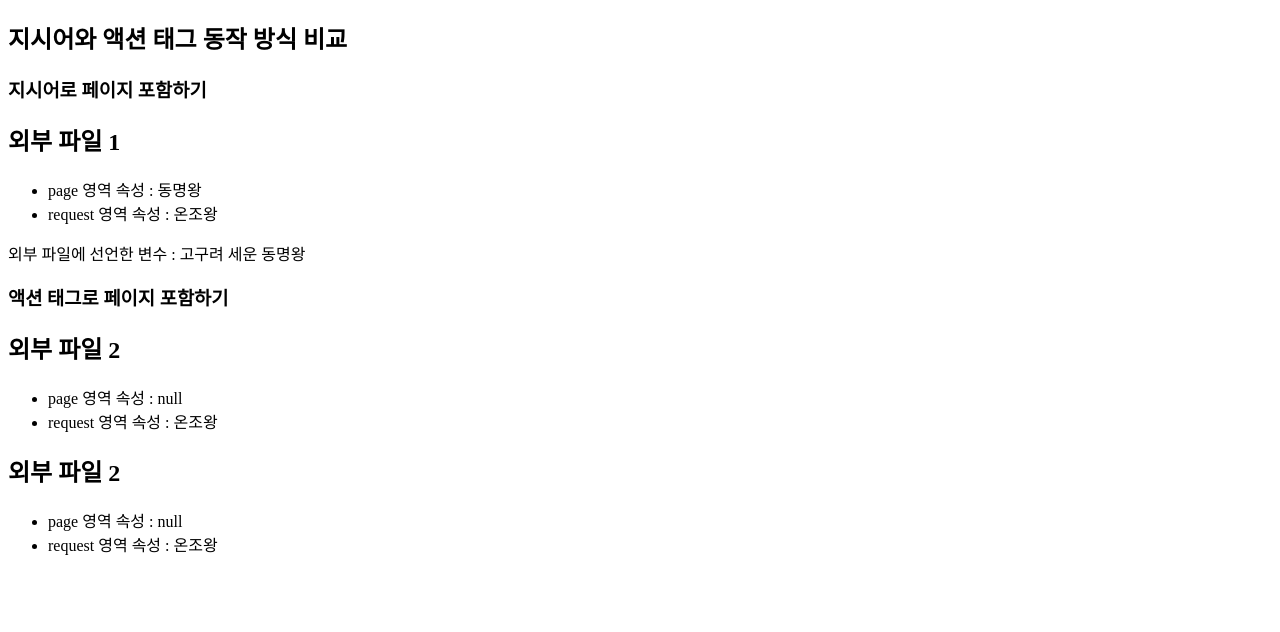
Repository: SteelIndustry/neo
Page: http://localhost/HelloWorld/07ActionTag/ForwardSub.jsp
These files come from the project's save history. The page is drawn as it stood at one moment and after the next save; the edit follows.
The browser window is 1280 px wide. The pictures show the whole page.
The page is served by Tomcat 9. Other server files are loaded and not shown.

Above is the page before, as saved 2022-09-07 01:20:12.

### WebJSP/HelloWorld/WebContent/07ActionTag/ForwardSub.jsp
<%@ page language="java" contentType="text/html; charset=UTF-8"
    pageEncoding="UTF-8"
    trimDirectiveWhitespaces="true"%>
<%
String outerPath1 = "./inc/OuterPage1.jsp";
String outerPath2 = "./inc/OuterPage2.jsp";

pageContext.setAttribute("pAttr", "동명왕");
request.setAttribute("rAttr", "온조왕");

%>
<!DOCTYPE html>
<html>
<head>
<meta charset="UTF-8">
<title>지시어와 액션 태그 동작 방식 비교</title>
</head>
<body>
	<h2>지시어와 액션 태그 동작 방식 비교</h2>
	<!-- 지시어 방식 -->
	<h3>지시어로 페이지 포함하기</h3>
	<%@ include file="./inc/OuterPage1.jsp" %>
	<p>외부 파일에 선언한 변수 : <%=newVar1%></p>

	<!-- 액션 태그 방식 -->
	<h3>액션 태그로 페이지 포함하기</h3>
	<jsp:include page="./inc/OuterPage2.jsp"/>
	<jsp:include page='<%=outerPath2%>'/>
</body>
</html>

### WebJSP/HelloWorld/WebContent/07ActionTag/inc/OuterPage1.jsp
<%@ page language="java" contentType="text/html; charset=UTF-8"
    pageEncoding="UTF-8"
    trimDirectiveWhitespaces="true"%>
<!DOCTYPE html>
<html>
<head>
<meta charset="UTF-8">
<title>OuterPage</title>
</head>
<body>
	<h2>외부 파일 1</h2>
	<%
	String newVar1 = "고구려 세운 동명왕";
	%>
	<ul>
		<li>page 영역 속성 : <%= pageContext.getAttribute("pAttr") %></li>
		<li>request 영역 속성 : <%= request.getAttribute("rAttr") %></li>
	</ul>
</body>
</html>

### WebJSP/HelloWorld/WebContent/07ActionTag/inc/OuterPage2.jsp
<%@ page language="java" contentType="text/html; charset=UTF-8"
    pageEncoding="UTF-8"
    trimDirectiveWhitespaces="true"%>
<!DOCTYPE html>
<html>
<head>
<meta charset="UTF-8">
<title>OuterPage</title>
</head>
<body>
	<h2>외부 파일 2</h2>
	<%
	String newVar2 = "백제 온조왕";
	%>
	<ul>
		<li>page 영역 속성 : <%= pageContext.getAttribute("pAttr") %></li>
		<li>request 영역 속성 : <%= request.getAttribute("rAttr") %></li>
	</ul>
</body>
</html>

After the next save:
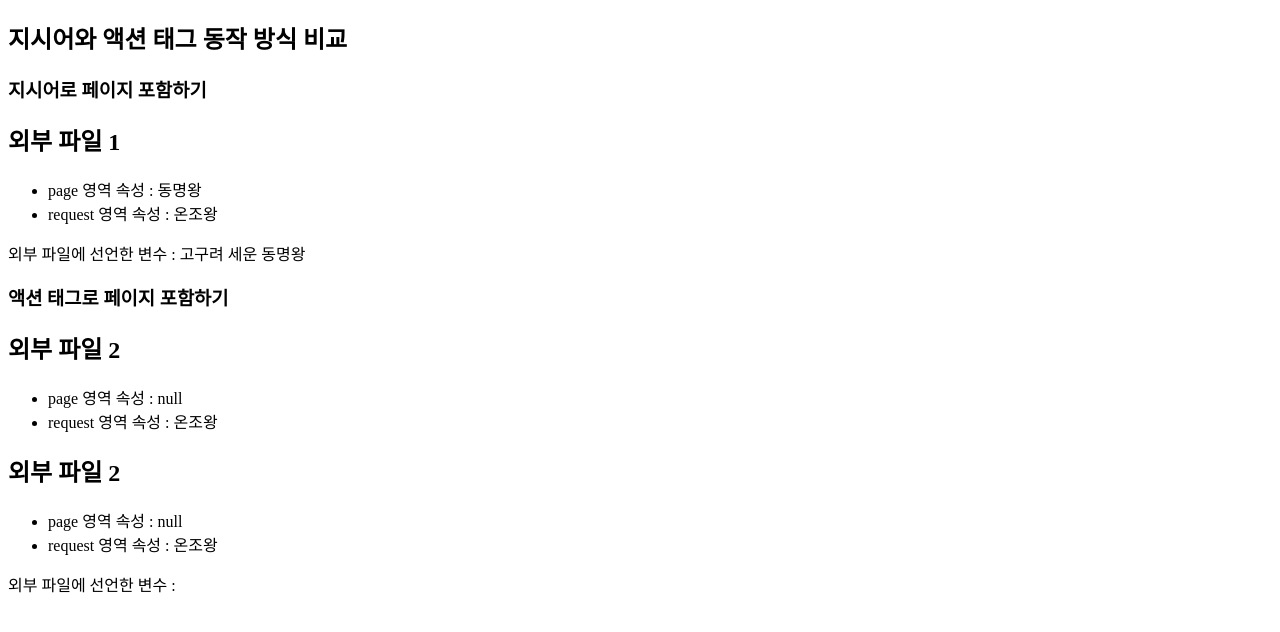
Saved 25 s later.
--- a/WebJSP/HelloWorld/WebContent/07ActionTag/ForwardSub.jsp
+++ b/WebJSP/HelloWorld/WebContent/07ActionTag/ForwardSub.jsp
@@ -26,5 +26,6 @@ request.setAttribute("rAttr", "온조왕");
 	<h3>액션 태그로 페이지 포함하기</h3>
 	<jsp:include page="./inc/OuterPage2.jsp"/>
 	<jsp:include page='<%=outerPath2%>'/>
+	<p>외부 파일에 선언한 변수 : <%--=newVar2 --%></p>
 </body>
 </html>
